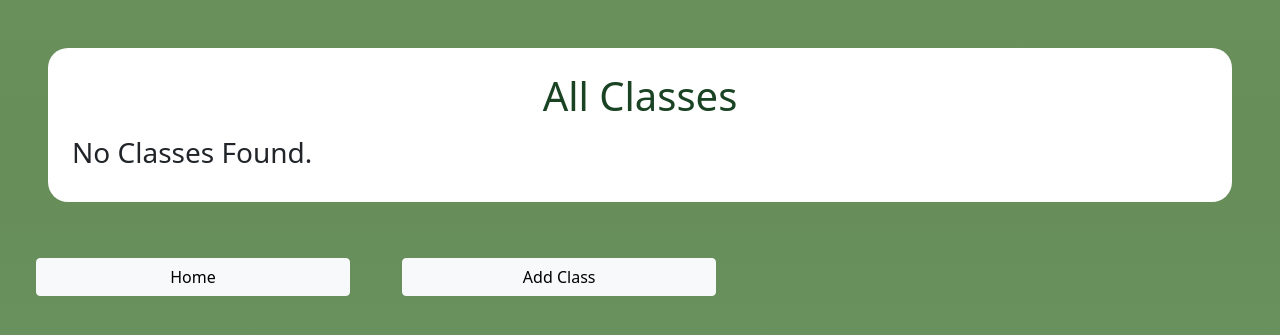
Repository: ronetteguevara/CalTech-ZumbaApp
Page: http://localhost/ZumbaApp/ViewClasses.jsp
These files come from the project's save history. The page is drawn as it stood at one moment and after the next save; the edit follows.
The browser window is 1280 px wide. The pictures show the whole page.
The page is served by Tomcat 10. Queries for data that is not in the repository find no rows.

Above is the page before, as saved 2024-05-03 02:19:06.

After the next save:
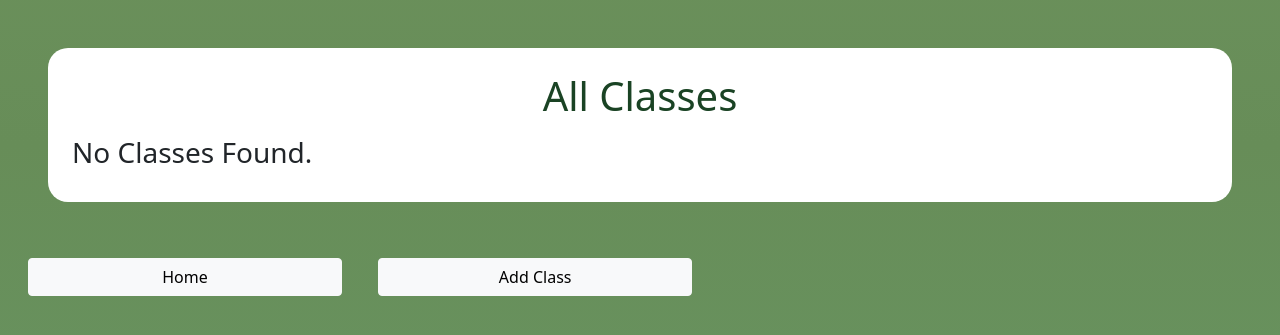
Saved 13 s later.
--- a/ZumbaApp/ZumbaApp/src/main/webapp/ViewClasses.jsp
+++ b/ZumbaApp/ZumbaApp/src/main/webapp/ViewClasses.jsp
@@ -56,8 +56,8 @@
             out.print("</div>");
         %>
         <div class="container-fluid justify-content-center">
-		<a class="w-25 btn btn-primary btn-light mt-2 mb-5 mx-4" href="Home.jsp">Home</a>
-		<a class="w-25 btn btn-primary btn-light mt-2 mb-5 mx-4" href="add-class.html">Add Class</a>
+		<a class="w-25 btn btn-primary btn-light mt-2 mb-5 mx-3" href="Home.jsp">Home</a>
+		<a class="w-25 btn btn-primary btn-light mt-2 mb-5 mx-3" href="add-class.html">Add Class</a>
 		</div>
 </body>
 </html>
